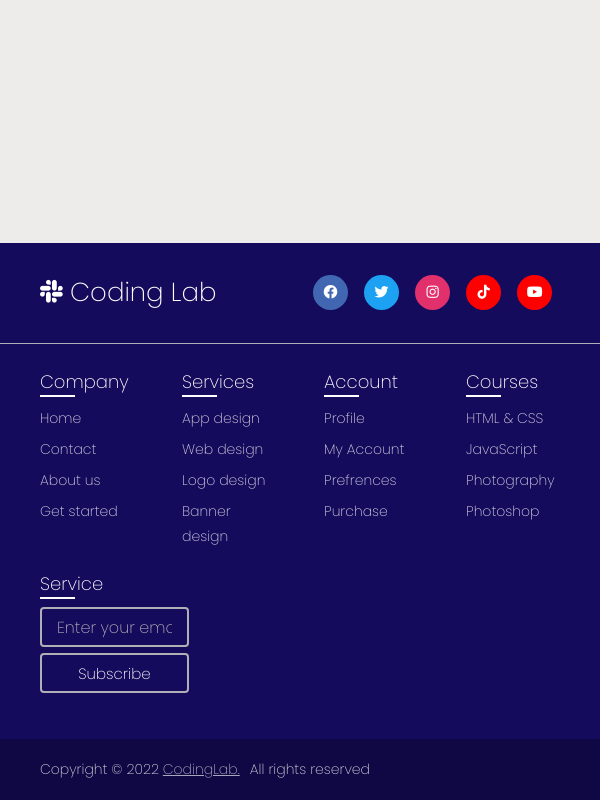
Repository: huynhvanngoan/TaskTeam5
Page: ResponsiveWebsiteFooterDesign/index.html
The author's editor kept a copy of each file at every save. The page is drawn from the files as they stood at one save, then again after the next save.
The browser window is 600 px wide. The pictures show the whole page.

Above is the page before, as saved 2022-10-10 13:19:52.

### ResponsiveWebsiteFooterDesign/index.html
<!DOCTYPE html>
<html lang="en">
<head>
    <meta charset="UTF-8">
    <meta http-equiv="X-UA-Compatible" content="IE=edge">
    <meta name="viewport" content="width=device-width, initial-scale=1.0">
    <title>Responsive Website Footer Design</title>
    <link rel="stylesheet" href="https://cdnjs.cloudflare.com/ajax/libs/font-awesome/6.2.0/css/all.min.css">
    <link rel="stylesheet" href="style.css">
</head>
<body>
    <footer>
        <div class="content">
            <div class="top">
                <div class="logo-details">
                    <i class="fab fa-slack"></i>
                    <span class="logo_name">Coding Lab</span>
                </div>
                <div class="media-icons">
                    <a href="#"><i class ="fab fa-facebook"></i></a>
                    <a href="#"><i class="fab fa-twitter"></i></a>
                    <a href="#"><i class="fab fa-instagram"></i></a>
                    <a href="#"><i class="fab fa-tiktok"></i></a>
                    <a href="#"><i class="fab fa-youtube"></i></a>
                </div>
            </div>
            <div class="link-boxes">
                <ul class="box">
                    <li class="link_name">Company</li>
                    <li><a href="#">Home</a></li>
                    <li><a href="#">Contact</a></li>
                    <li><a href="#">About us</a></li>
                    <li><a href="#">Get started</a></li>
                </ul>
                <ul class="box">
                    <li class="link_name">Services</li>
                    <li><a href="#">App design</a></li>
                    <li><a href="#">Web design</a></li>
                    <li><a href="#">Logo design</a></li>
                    <li><a href="#">Banner design </a></li>
                </ul>
                <ul class="box">
                    <li class="link_name">Account</li>
                    <li><a href="#">Profile</a></li>
                    <li><a href="#">My Account</a></li>
                    <li><a href="#">Prefrences</a></li>
                    <li><a href="#">Purchase</a></li>
                </ul>
                <ul class="box">
                    <li class="link_name">Courses</li>
                    <li><a href="#">HTML & CSS</a></li>
                    <li><a href="#">JavaScript</a></li>
                    <li><a href="#">Photography</a></li>
                    <li><a href="#">Photoshop</a></li>
                </ul>
                <ul class="box input-box">
                    <li class="link_name">Service</li>
                    <li><input type="text" placeholder="Enter your email"></li>
                    <li><input type="button" value="Subscribe"></li>
                </ul>
            </div>
        </div>
        <div class="bottom-details">
            <div class="bottom_text">
                <span class="copyright_text">Copyright &#169; 2022 <a href="#">CodingLab.</a>All rights reserved</span>
                <span class="policy_terms"><a href="#">Privacy policy</a>
                <a href="#">Terms & condition</a></span>
            </div>
        </div>
    </footer>
</body>
</html>

### ResponsiveWebsiteFooterDesign/style.css
/* Google font cdn link */
@import url('https://fonts.googleapis.com/css2?family=Poppins:ital,wght@0,200;0,600;1,500;1,900&display=swap');

* {
    margin: 0;
    padding: 0;
    box-sizing: border-box;
    font-family: 'Poppins', sans-serif;
}

body {
    min-height: 100vh;
    width: 100%;
    background: #EEECEB;
}

footer {
    position: fixed;
    background: #140B5C;
    width: 100%;
    bottom: 0;
    left: 0;
}
footer::before{
    content: '';
    position: absolute;
    left: 0;
    top: 100px;
    height: 1px;
    width: 100%;
    background: #AFAFB6;
}
footer .content {
    max-width: 1250px;
    margin: auto;
    padding: 30px 40px 40px 40px;
}
footer .content .top{
    display: flex;
    align-items: center;
    justify-content: space-between;
    margin-bottom: 50px;
}
.content .top .logo-details {
    color: #fff;
    font-size: 30px;
}
.content .top .media-icons {
    display: flex;
}
.content .top .media-icons a {
    height: 40px;
    width: 40px;
    background: red;
    margin: 0px 8px;
    border-radius: 50%;
    text-align: center;
    line-height: 40px;
    color: #fff;
    font-size: 17px;
    text-decoration: none;
}
.content .top .media-icons a:nth-child(1){
    background: #4267B2;
}
.content .top .media-icons a:nth-child(1):hover{
    color: #4267B2;
    background: #fff;
}
.content .top .media-icons a:nth-child(2){
    background: #1DA1F2;
}
.content .top .media-icons a:nth-child(2):hover{
    color: #1DA1F2;
    background: #fff;
}
.content .top .media-icons a:nth-child(3){
    background: #E1306C;
}
.content .top .media-icons a:nth-child(3):hover{
    color: #E1306C;
    background: #fff;
}
.content .top .media-icons a:nth-child(4){
    background: #000;
}
.content .top .media-icons a:nth-child(3):hover{
    color: #000;
    background: #fff;
}
.content .top .media-icons a:nth-child(4){
    background: #FF0000;
}
.content .top .media-icons a:nth-child(4):hover{
    color: #FF0000;
    background: #fff;
}
footer .content .link-boxes{
    width: 100%;
    display: flex;
    justify-content: space-between;
}
footer .content .link-boxes .box{
    width: calc(100% / 5 - 10px);
}
.content .link-boxes .box .link_name{
    color: #fff;
    font-size: 18px;
    font-weight: 400;
    margin-bottom: 10px;
    position: relative;
}
.link-boxes .box .link_name::before{
    content: '';
    position: absolute;
    left: 0;
    bottom: -2px;
    height: 2px;
    width: 35px;
    background: #fff;
}
.content .link-boxes .box li{
    margin: 6px 0;
    list-style: none;
}
.content .link-boxes .box li a{
    color: #fff;
    font-size: 14px;
    font-weight: 400;
    text-decoration: none;
    opacity: 0.8;
    transition: all 0.4s ease;
}
.content .link-boxes .box li a:hover{
    opacity: 1;
    text-decoration: underline;
}
.content .link-boxes .input-box {
    margin-right: 55px;
}
.link-boxes .input-box input{
    height: 40px;
    width: calc(100% + 55px);
    outline: none;
    border: 2px solid #AFAFB6;
    background: #140B5C;
    border-radius: 4px;
    padding: 0 15px;
    font-size: 15px;
    color: #fff;
}
.link-boxes .input-box input::placeholder{
    color: #AFAFB6;
    font-size: 16px;
}
.link-boxes .input-box input[type="botton"]{
    background: #fff;
    color: #140B5C;
    border: none;
    font-size: 18px;
    font-weight: 500;
    margin: 4px 0;
    opacity: 0.8;
    cursor: pointer;
    transition: all 0.4s ease;
}
.link-boxes .input-box input[type="botton"]:hover{
    opacity: 1;
}
footer .bottom-details{
    width: 100%;
    background: #0F0844;
}
footer .bottom-details .bottom_text{
    min-width: 1250px;
    margin-left: auto;
    margin: auto;
    padding: 20px 40px;
    display: flex;
    justify-content: space-between;
}
.bottom-details .bottom_text span,
.bottom-details .bottom_text a{
    font-size: 14px;
    font-weight: 300;
    color: #fff;
    opacity: 0.8;
}
.bottom-details .bottom_text a:hover{
    opacity: 1;
    text-decoration: underline;
}
.bottom-details .bottom_text a{
    margin-right: 10px;
}
@media (max-width: 900px)  {
    footer .content .link-boxes{
        flex-wrap: wrap;
    }
    .content .link-boxes .input-box{
        width: 40%;
        margin-top: 10px;
    }
}
@media (max-width: 700px){
    .content .top .logo-details{
        font-size: 26px;
    }
    .content .top .media-icons a{
        height: 35px;
        width: 35px;
        font-size: 14px;
        line-height: 35px;
    }
    footer .content .link-boxes .box{
        width: calc(100% / 5 - 10px);
    }
}

After the next save:
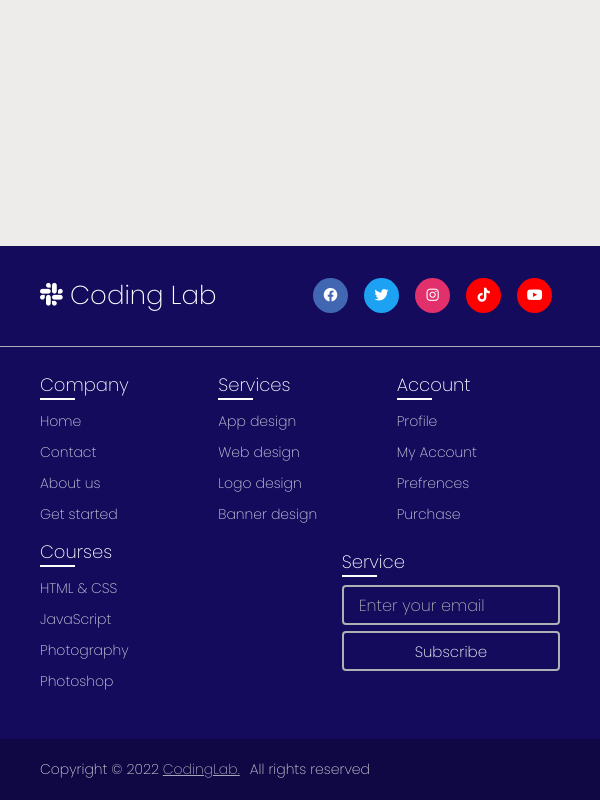
Saved 10 s later.
--- a/ResponsiveWebsiteFooterDesign/style.css
+++ b/ResponsiveWebsiteFooterDesign/style.css
@@ -213,6 +213,6 @@ footer .bottom-details .bottom_text{
         line-height: 35px;
     }
     footer .content .link-boxes .box{
-        width: calc(100% / 5 - 10px);
-    }
-}
+        width: calc(100% / 3 - 10px);
+    }
+}
